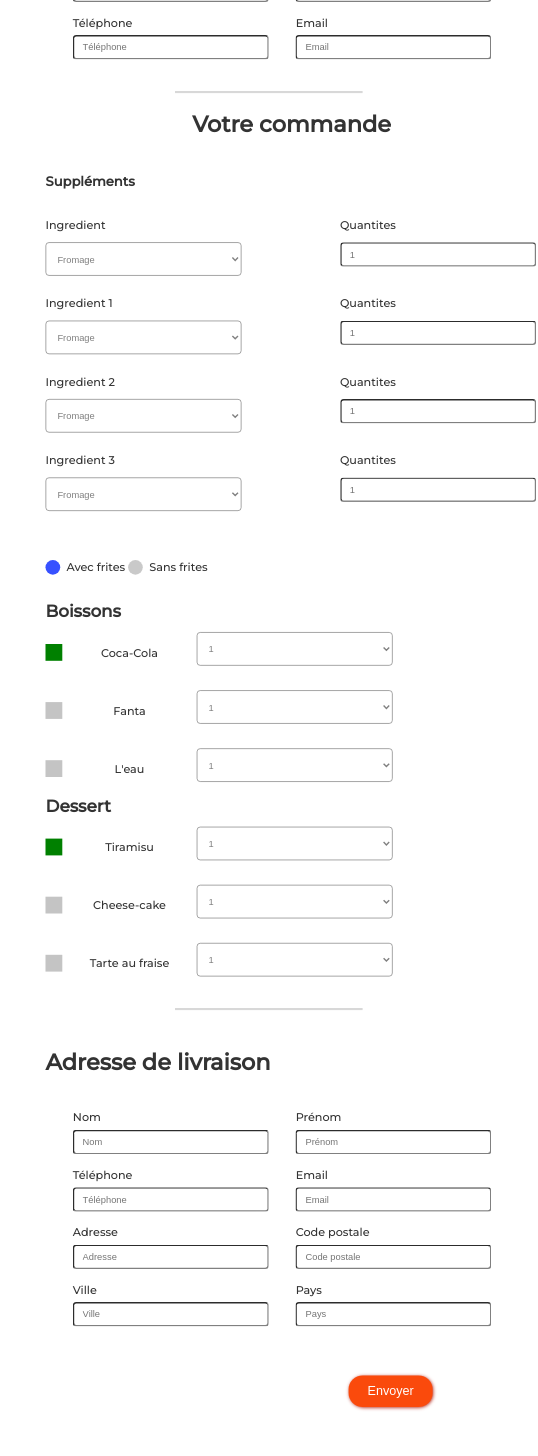
Repository: sisilass31/bella-olonje
Page: html/commande.html
The author's editor kept a copy of each file at every save. The page is drawn from the files as they stood at one save, then again after a run of saves.
The browser window is 768 px wide. The pictures show the part of the page from y = 1020 to 3260 px (the page is 3100 px tall before and 3456 px after), at 70% of full size.
Some web libraries are served in a nearby version.

Above is the page before, as saved 2023-02-15 09:03:54.

After the next 3 saves:
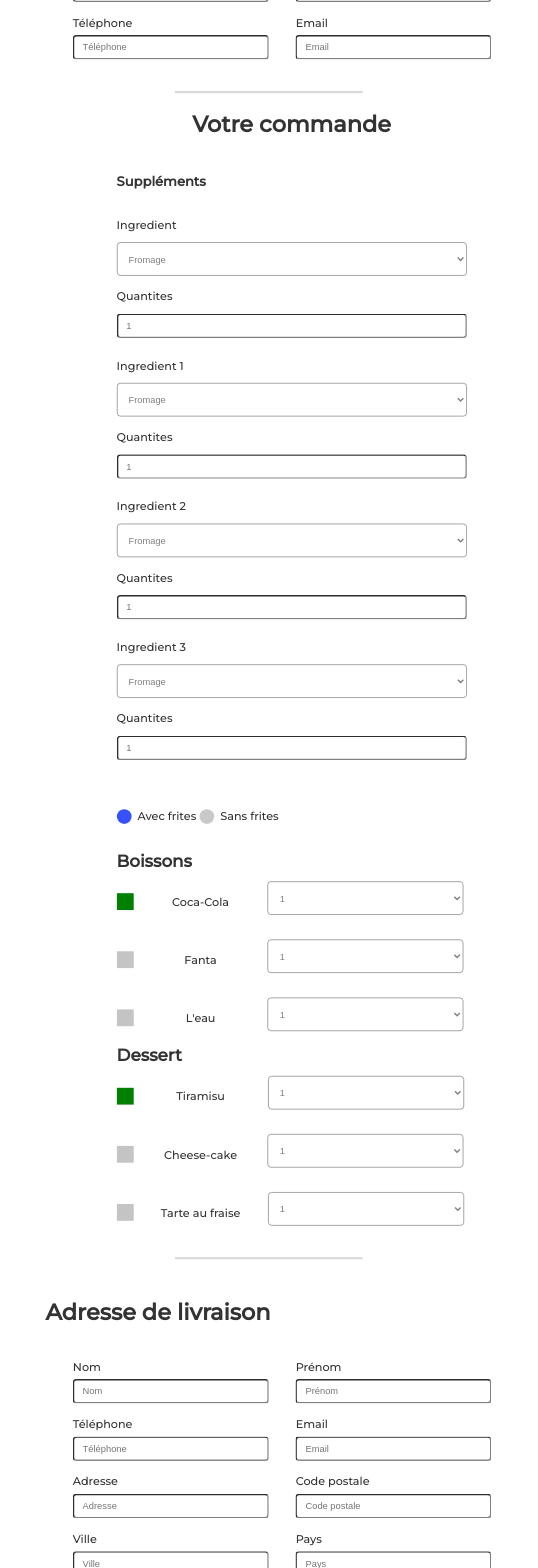
The 3 saves are shown as one change because they came seconds apart.
The last was saved 3 min 47 s later.
--- a/css/commande.css
+++ b/css/commande.css
@@ -513,6 +513,26 @@ button {
         display: flex;
         justify-content: center;
     }
+
+    .commande {
+        margin-left: 65px;
+        display: flex;
+        justify-content: center;
+    }
+
+    .ingredient_quantite {
+        flex-direction: column;
+    }
+
+    .suppléments {
+        width: 280px;
+        width: 500px;
+    }
+
+    .box input {
+        width: 280px;
+        width: 500px;
+    }
 }
 
 /* Ipad et Mini Ordi */
